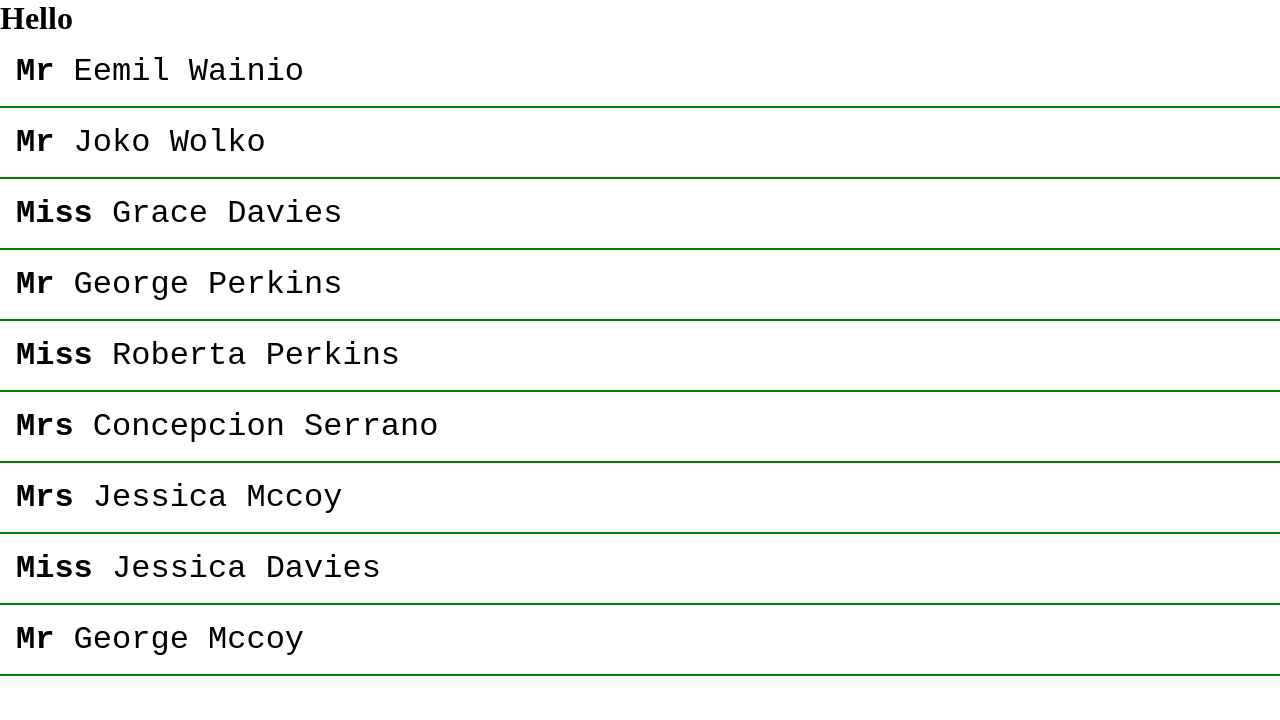
Repository: KrzysKolo/sr_tydzien5_zad4
Page: /
An editor plug-in stored every save of this project. The page is shown before and after the next save, followed by the edit.
The browser window is 1280 px wide. The pictures show the whole page.
The project was rebuilt for these pictures with package versions that can differ from the ones it lists, and the page was loaded fresh each time.

Above is the page before, as saved 2021-01-03 04:55:25.

After the next save:
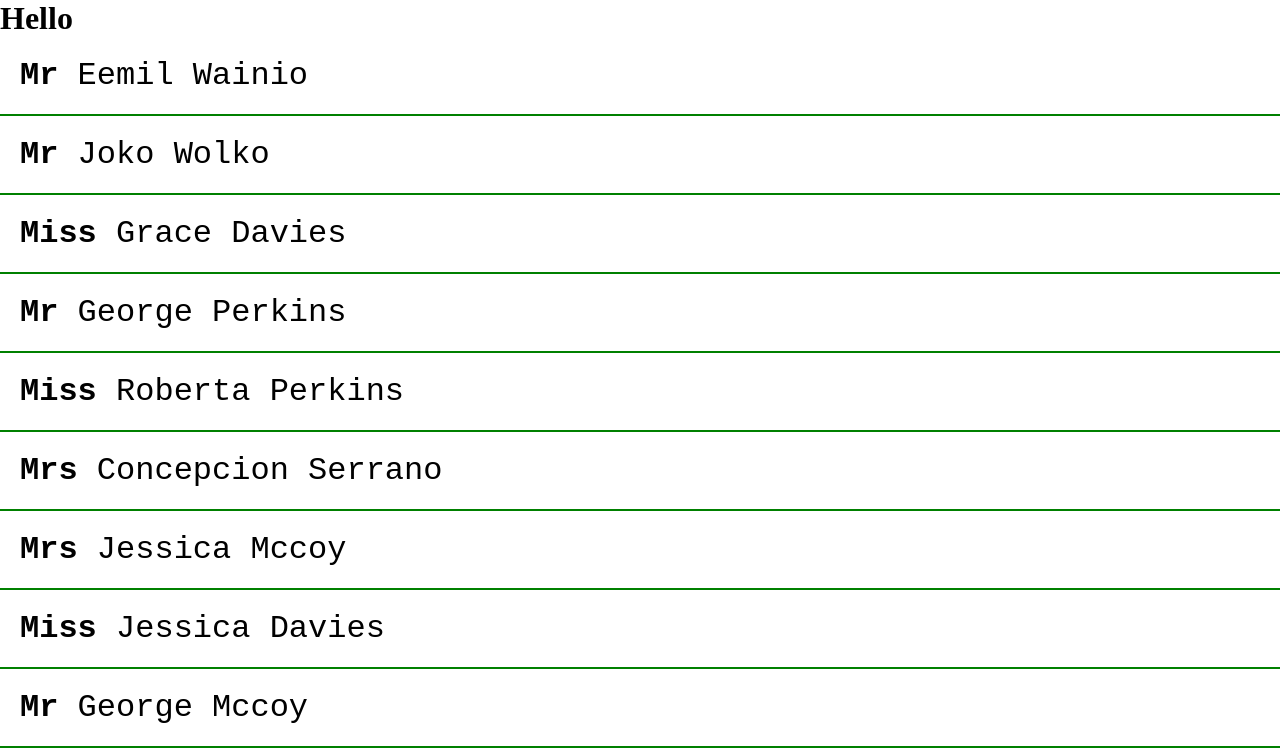
Saved 29 s later.
--- a/src/App.css
+++ b/src/App.css
@@ -6,6 +6,6 @@
 .user {
   font-size: 2rem;
   font-family: "Courier New", Courier, monospace;
-  padding: 1rem;
+  padding: 20px;
   border-bottom: 2px solid green;
 }
